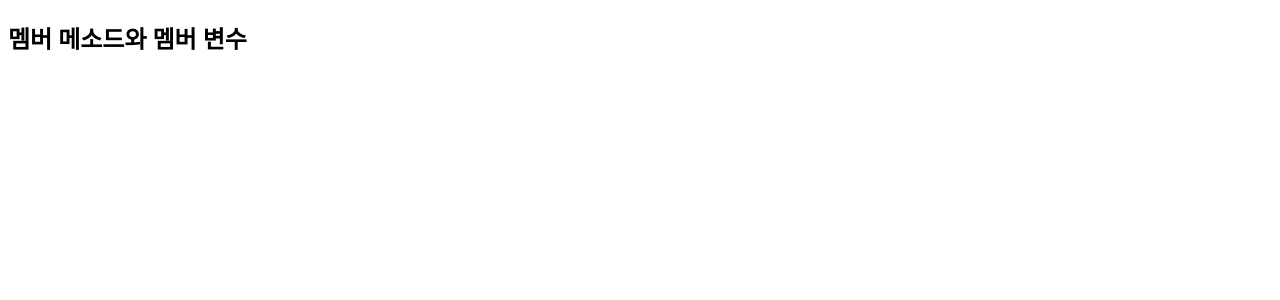
Repository: ohseung-web/Jsp2026
Page: http://localhost/chapter01/test04.jsp
These files come from the project's save history. The page is drawn as it stood at one moment and after the next save; the edit follows.
The browser window is 1280 px wide. The pictures show the whole page.
The page is served by Tomcat 9.

Above is the page before, as saved 2026-10-16 03:01:17.

### chapter01/src/main/webapp/test04.jsp
<%@ page language="java" contentType="text/html; charset=UTF-8"
    pageEncoding="UTF-8" import="java.util.*"%>
<!DOCTYPE html>
<html>
<head>
<meta charset="UTF-8">
<title>Insert title here</title>
</head>
<body>
 <!-- 선언문 작성하는 방법 -->
 <!-- 선언문을 통해 작성한 메소드, 변수는 멤버메소드, 멤버변수가 된다. -->
 <%! public void inCremment(){}; %>
 <!-- 아래 선언문은 전역변수 또는 멤버변수 이다. -->
 <%! int i = 0; %>
 <!-- 아래 스크립트릿은 지역변수가 된다. -->
 <%  int i= 0;  %>

 <h2>멤버 메소드와 멤버 변수</h2>
 <%!
 	String str ="선언 예제";
    /* 연산자 처리 메소드 생성 */
    public double cal(double num1, double num2, String op){
    	double result = 0.0;
    	if(op.equals("+")){
    		result = num1 + num2;
    	}else if(op.equals("-")){
    		result = num1 - num2;
    	}else if(op.equals("*")){
    		result = num1 * num2;
    	}else {
    		result = num1 / num2;
    	}
    	return result;
    }
 %>

</body>
</html>

After the next save:
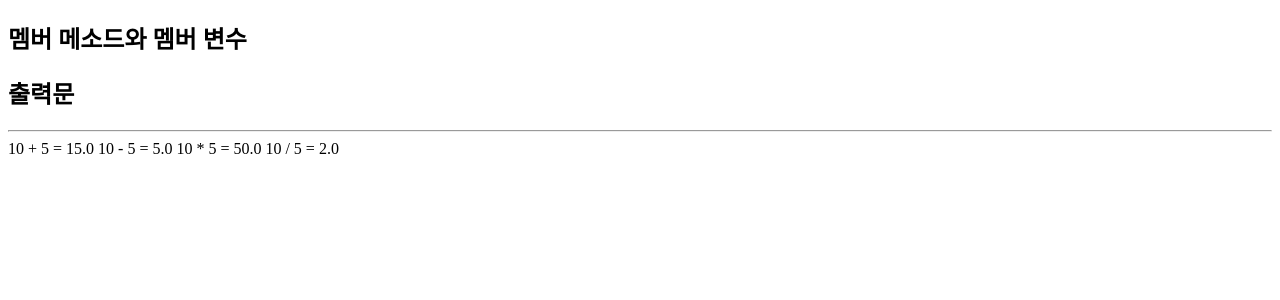
Saved 2 min 2 s later.
--- a/chapter01/src/main/webapp/test04.jsp
+++ b/chapter01/src/main/webapp/test04.jsp
@@ -33,6 +33,11 @@
     	return result;
     }
  %>
-
+ <h2>출력문</h2>
+ <hr>
+ 10 + 5 = <%= cal(10,5,"+") %>
+ 10 - 5 = <%= cal(10,5,"-") %>
+ 10 * 5 = <%= cal(10,5,"*") %>
+ 10 / 5 = <%= cal(10,5,"/") %>
 </body>
 </html>
